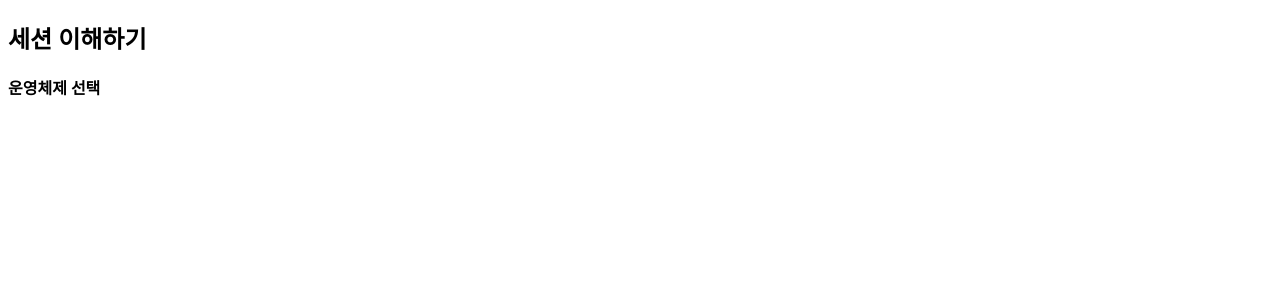
Repository: offbr/Python
Page: django_session/sessionapp/templates/showos.html
These files come from the project's save history. The page is drawn as it stood at one moment and after the next save; the edit follows.
The browser window is 1280 px wide. The pictures show the whole page.

Above is the page before, as saved 2016-11-07 02:49:01.

### django_session/sessionapp/templates/showos.html
<!DOCTYPE html>
<html>
<head>
<meta charset="UTF-8">
<title>Insert title here</title>
</head>
<body>
<h2>세션 이해하기</h2>
<strong>운영체제 선택</strong>
</ul>
</body>
</html>

After the next save:
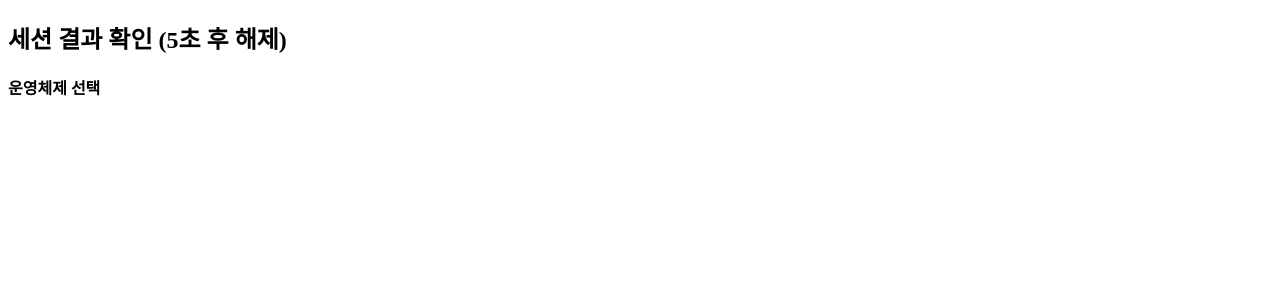
Saved 15 s later.
--- a/django_session/sessionapp/templates/showos.html
+++ b/django_session/sessionapp/templates/showos.html
@@ -5,7 +5,7 @@
 <title>Insert title here</title>
 </head>
 <body>
-<h2>세션 이해하기</h2>
+<h2>세션 결과 확인 (5초 후 해제)</h2>
 <strong>운영체제 선택</strong>
 </ul>
 </body>
